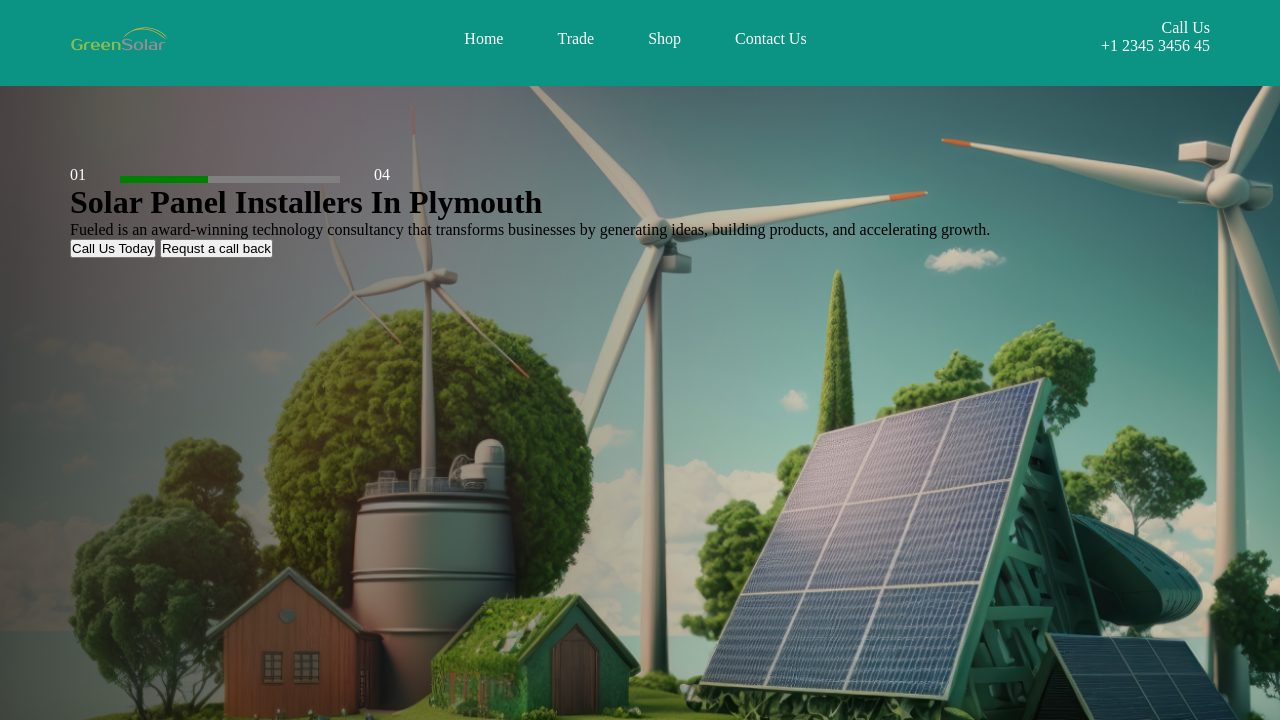
Repository: zeinawady/Solar-Company-Template
Page: index.html
These files come from the project's save history. The page is drawn as it stood at one moment and after the next save; the edit follows.
The browser window is 1280 px wide. The pictures show the whole page.

Above is the page before, as saved 2024-09-17 17:07:39.

After the next save:
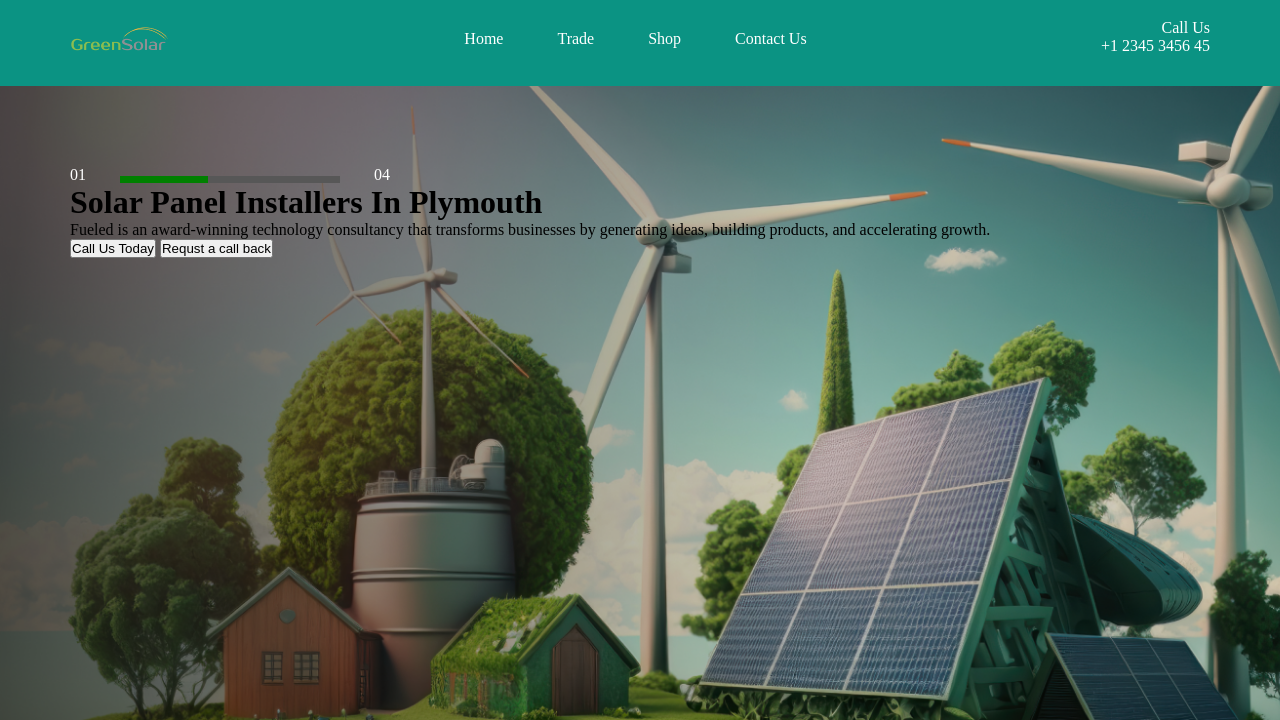
Saved 16 s later.
--- a/css/style.css
+++ b/css/style.css
@@ -134,6 +134,6 @@ padding-right:30px;
    appearance: none;
 }
 progress::-webkit-progress-bar {
-    background-color: :hsla(0, 0%, 34%, 1);
+    background-color:hsla(0, 0%, 34%, 1);
 }
 /* end landing */
